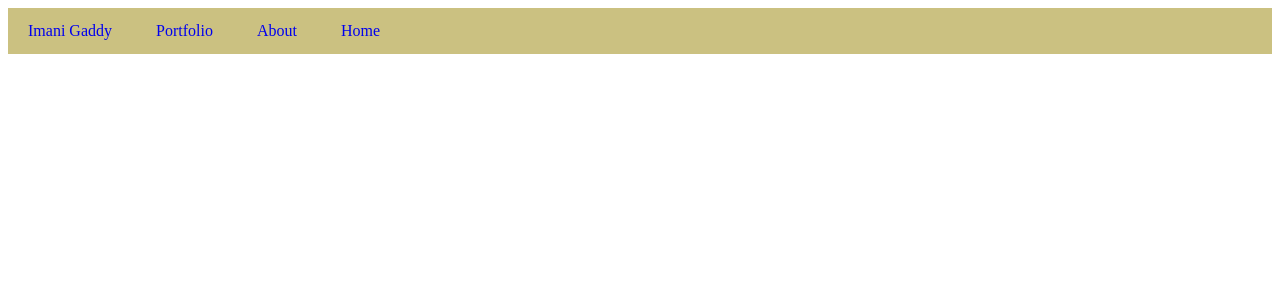
Repository: website-dev-team/website-repo
Page: personal_site/portfolio.html
These files come from the project's save history. The page is drawn as it stood at one moment and after the next save; the edit follows.
The browser window is 1280 px wide. The pictures show the whole page.

Above is the page before, as saved 2024-07-13 04:41:57.

After the next save:
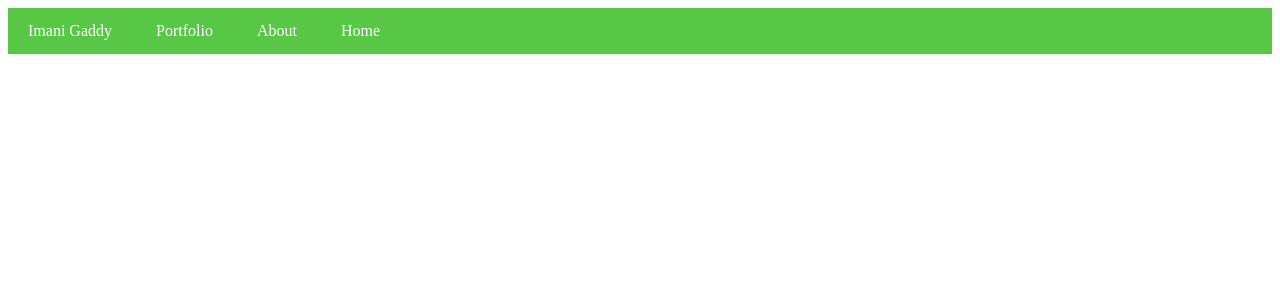
Saved 8 min 16 s later.
--- a/personal_site/style.css
+++ b/personal_site/style.css
@@ -1,5 +1,5 @@
 .navbar {
-    background-color: #cbc181;
+    background-color: #59c746;
     overflow: hidden;
 }
 
@@ -8,5 +8,16 @@
     text-decoration: none;
     text-align: center;
     padding: 14px 20px;
-    color: white white;
+    color: white;
 }
+
+.navbar a:hover {
+    background-color: white;
+    color: black;
+}
+
+.navbar .logo {
+    font-size: 20px;
+    font-weight: bold;
+    float: left;
+}
